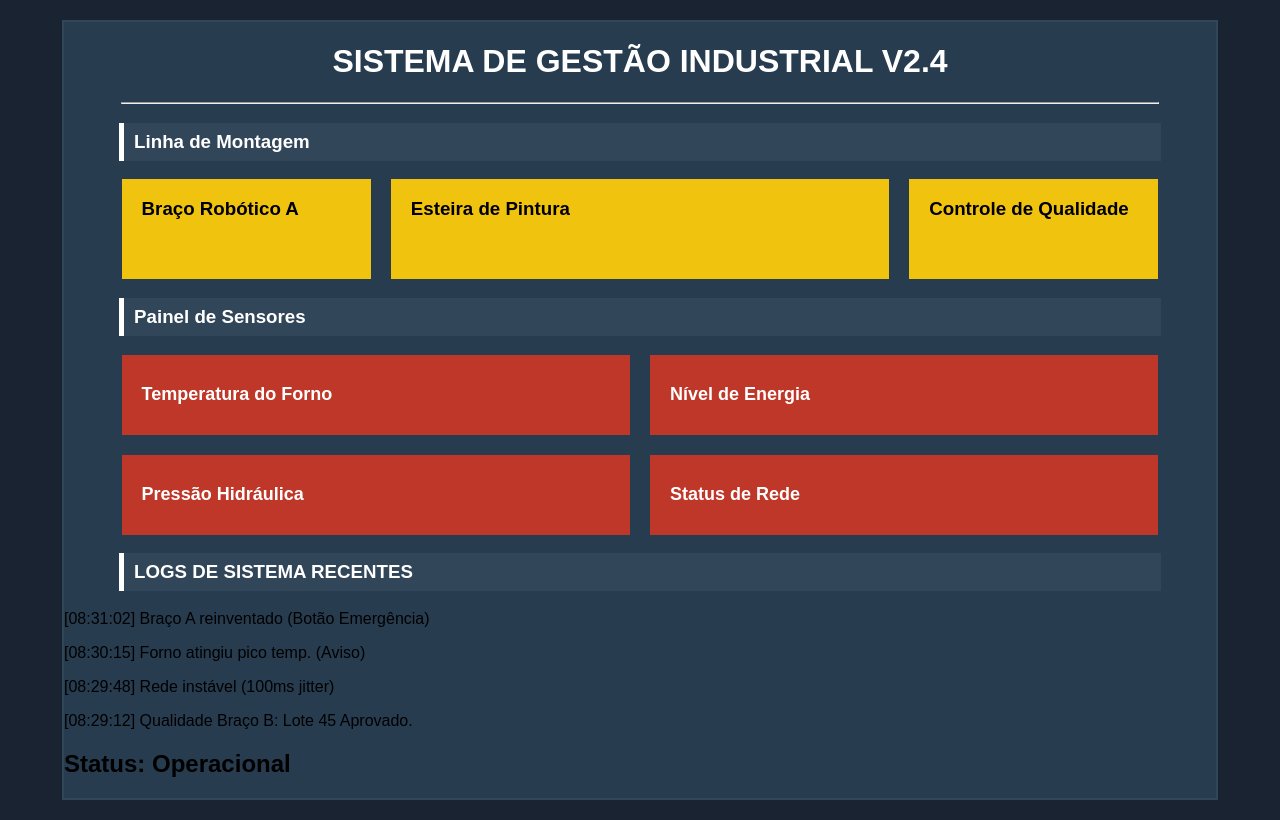
Repository: DanielEDapper/Front-WEG
Page: ProfeIgor/Aula5 - Dashboard Industrial/index.html
The author's editor kept a copy of each file at every save. The page is drawn from the files as they stood at one save, then again after a run of saves.
The browser window is 1280 px wide. The pictures show the whole page.
Some icons come from a web library that is not loaded, so they are not drawn.

Above is the page before, as saved 2026-05-29 20:03:15.

### ProfeIgor/Aula5 - Dashboard Industrial/index.html
<!DOCTYPE html>
<html lang="en">
<head>
    <meta charset="UTF-8">
    <meta name="viewport" content="width=device-width, initial-scale=1.0">
    <link rel="stylesheet" href="style.css">
    <link rel='stylesheet' href='https://cdn-uicons.flaticon.com/4.0.0/uicons-bold-straight/css/uicons-bold-straight.css'>
    <title>Sistema de gestão Industrial</title>
</head>
<body>
    <div id="wrapper">
        <div id="header">
            <h1>SISTEMA DE GESTÃO INDUSTRIAL V2.4</h1>
        </div>
        <hr>
        <div id="main">
            <div class="container-main">

                <div class="titulo-sessao">
                    <h3>Linha de Montagem</h3>
                </div>
                <div class="container-montagem">
                    <div class="card">
                        <h3>Braço Robótico A</h3>
                        <i class="fi fi-bs-thumbtack"></i>
                    </div>
                    <div class="card">
                        <h3>Esteira de Pintura</h3>
                        <i class="fi fi-bs-arrow-right"></i>
                    </div>
                    <div class="card">
                        <h3>Controle de Qualidade</h3>
                        <i class="fi fi-bs-medal"></i>
                    </div>
                </div>


                <div class="titulo-sessao">
                    <h3>Painel de Sensores</h3>
                </div>
                <div class="container-sensores">
                    <div class="card-sensores">
                        <h3>Temperatura do Forno</h3>
                        <i class="fi fi-bs-temperature-high"></i>
                    </div>
                    <div class="card-sensores">
                        <h3>Nível de Energia</h3>
                        <i class="fi fi-bs-battery-half"></i>
                    </div>
                    <div class="card-sensores">
                        <h3>Pressão Hidráulica</h3>
                        <i class="fi fi-bs-dashboard"></i>
                    </div>
                    <div class="card-sensores">
                        <h3>Status de Rede</h3>
                        <i class="fi fi-bs-workflow-setting-alt"></i>
                    </div>
                </div>


                <div class="titulo-sessao">
                    <h3>LOGS DE SISTEMA RECENTES</h3>
                </div>
                <div class="container-logs">
                    <p>[08:31:02] Braço A reinventado (Botão Emergência)</p>
                    <p>[08:30:15] Forno atingiu pico temp. (Aviso)<p>
                    <p>[08:29:48] Rede instável (100ms jitter)</p>
                    <p>[08:29:12] Qualidade Braço B: Lote 45 Aprovado.</p>
                </div>
            </div>
        </div>
        <div id="footer">
            <h2>Status: Operacional</h2>
        </div>
    </div>
</body>
</html>

### ProfeIgor/Aula5 - Dashboard Industrial/style.css
:root{
    --bg-dark: #192332;
    --bg-main: #283C50;
    --bg-panel: #32465A;

    --warning: #F0C30F;
    --danger: #BE3728;
    --success: #2ECC71;

    --log-bg: #D2E6F5;

    --text: #FFFFFF;
    --text-secondary: #99A3AB;

    --accent-blue: #638CAB;
}

body{
    margin: 0;
    padding: 0;
    background-color: var(--bg-dark);
}

#wrapper{
    font-family: Arial, Helvetica, sans-serif;
    height: 90%;
    width: 90%;
    background-color: var(--bg-main);
    border: 2px solid var(--bg-panel);
    margin: 20px;
    justify-self: center;
}

#header{
    color: var(--text);
    text-align: center;
}

hr{
    width: 90%;
    font-weight: 400;
}

.titulo-sessao{
    background-color: var(--bg-panel);
    color: var(--text);
    width: 90%;
    justify-self: center;
    border-left: 5px solid var(--text);
}

.titulo-sessao h3{
    padding: 8px 0px 8px 10px;
}

.container-montagem{
    display: flex;
    width: 90%;
    justify-self: center;
    flex-basis: 400;
    height: 100px;
    justify-content: space-around;
    gap: 20px;
}

.card{
    background-color: var(--warning);
}

.card h3{
    padding: 0px 0px 0px 20px;
}

.card i{
    display: flex;
    justify-self: center;
}

.card:nth-child(1){
    width: 25%;
}

.card:nth-child(2){
    width: 50%;
}

.card:nth-child(2) i{
    display: flex;
    padding: 0px 20px 0px 0px;
    justify-self: end;
}

.card:nth-child(3){
    width: 25%;
}

.container-sensores{
    width: 90%;
    display: grid;
    grid-template-columns: 1fr 1fr;
    gap: 20px;
    justify-self: center;
}

.card-sensores{
    background-color: var(--danger);
    color: var(--text);
    height: 80px;
    display: flex;
    justify-content: space-between;
    align-items: center;
    padding: 0 20px;
    box-sizing: border-box;
}

.card-sensores h3{
    font-size: 18px;
}

.card-sensores i{
    font-size: 24px;
}

.container-logs{

}

After the next 2 saves:
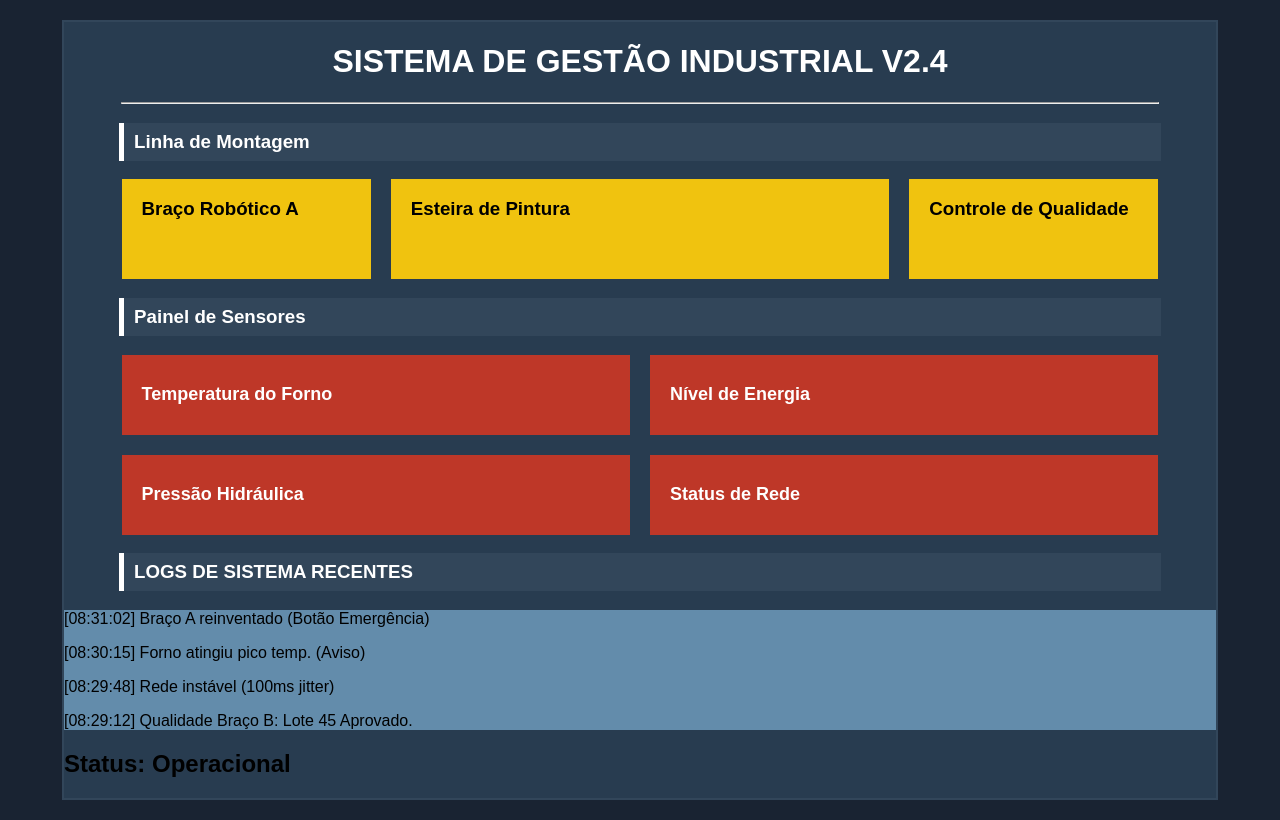
The 2 saves are shown as one change because they came seconds apart.
The last was saved 12 s later.
--- a/ProfeIgor/Aula5 - Dashboard Industrial/style.css
+++ b/ProfeIgor/Aula5 - Dashboard Industrial/style.css
@@ -122,5 +122,5 @@ hr{
 }
 
 .container-logs{
-
+    background-color: var(--accent-blue);
 }
